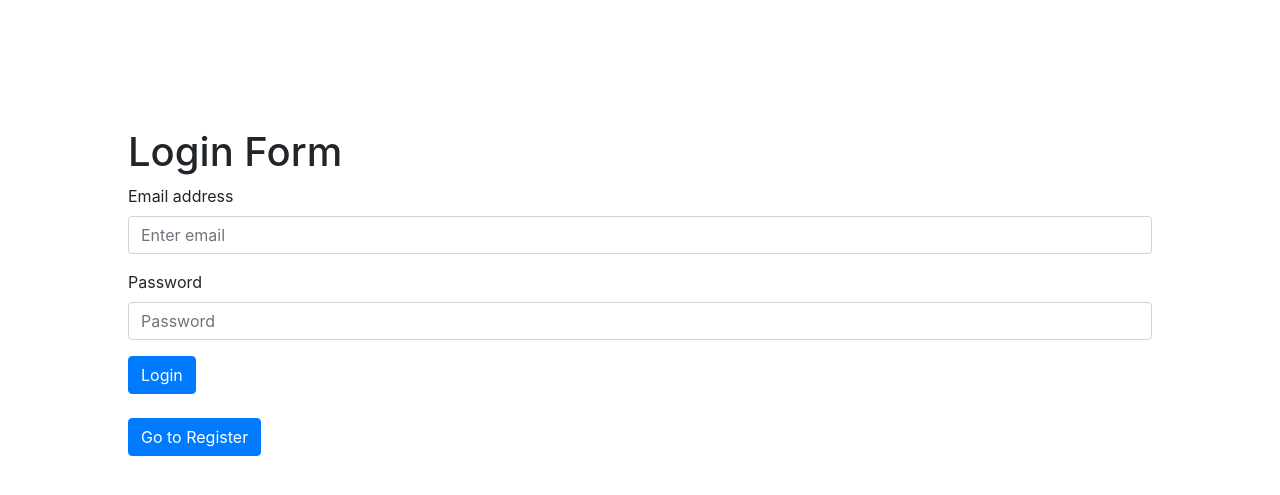
Repository: lalji-yadav/Register-Login-and-CRUD-using-token-and-Without-token-based
Page: /login
The author's editor kept a copy of each file at every save. The page is drawn from the files as they stood at one save, then again after the next save.
The browser window is 1280 px wide. The pictures show the whole page.
The project was rebuilt for these pictures with package versions that can differ from the ones it lists, and the page was loaded fresh each time. Also part of the build but not shown: src/App.css, src/auth/register.js, src/components/reg.js, src/components/table.js.

Above is the page before, as saved 2021-02-03 11:32:15.

After the next save:
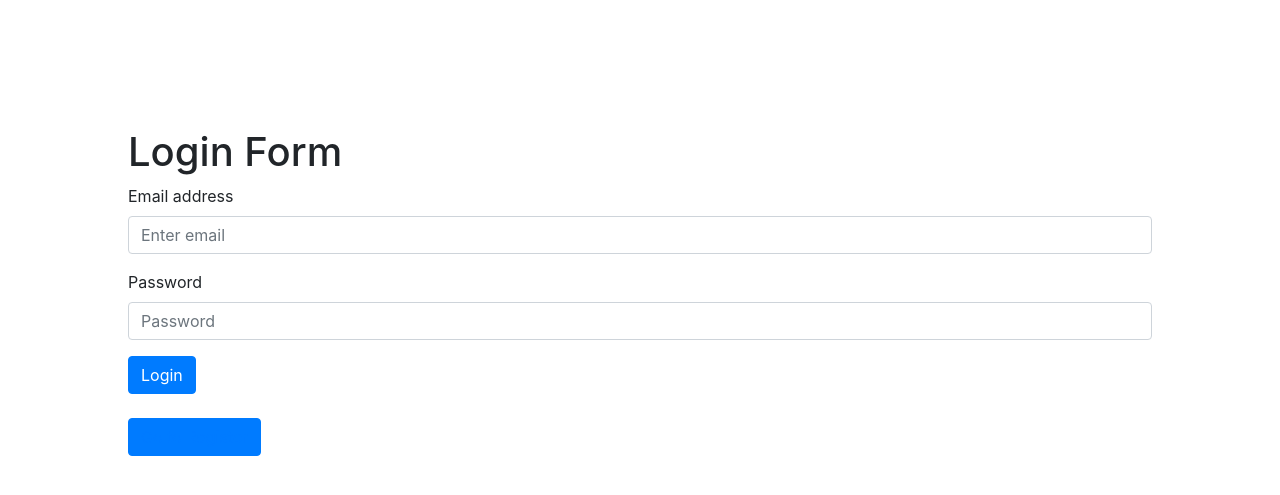
Saved 63 s later.
--- a/src/auth/login.js
+++ b/src/auth/login.js
@@ -1,6 +1,7 @@
 import React, { useState } from 'react';
 import {Form,Button} from 'react-bootstrap';
 import axios from "axios";
+import { Link } from 'react-router-dom';
 
 const Login = () => {
 
@@ -54,7 +55,7 @@ const Login = () => {
                 </Form>
 
             <Button type="button" onClick={onLogin} className="btn btn-primary">Login</Button> <br /> <br />
-            <Button type="button" varient="light">Go to Register</Button>
+            <Button type="button" varient="light"> <Link>Go to Register </Link> </Button>
         </div>
     );
 };
